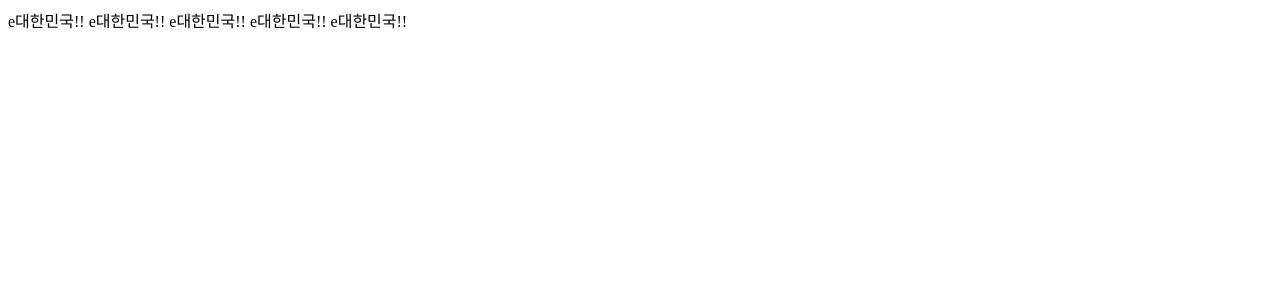
Repository: chanhooop/JSP
Page: http://localhost/JSTL/jstl_08.jsp
The author's editor kept a copy of each file at every save. The page is drawn from the files as they stood at one save, then again after the next save.
The browser window is 1280 px wide. The pictures show the whole page.
The page is served by Tomcat 9.

Above is the page before, as saved 2021-05-10 05:31:00.

After the next save:
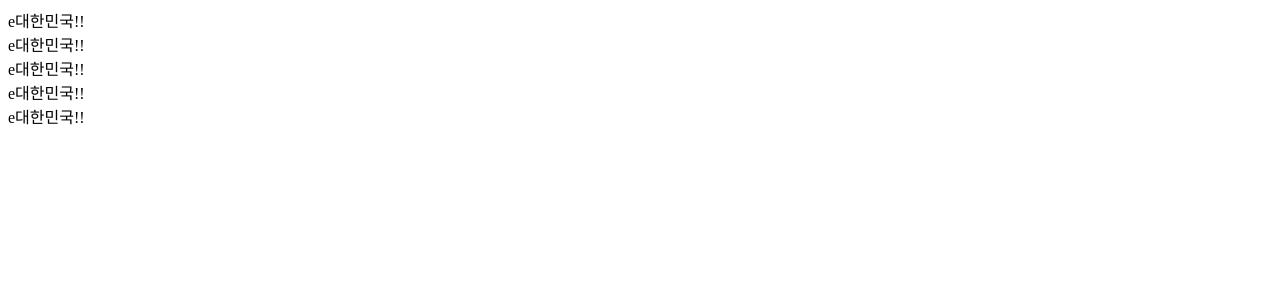
Saved 20 s later.
--- a/JSTL/src/main/webapp/jstl_08.jsp
+++ b/JSTL/src/main/webapp/jstl_08.jsp
@@ -12,7 +12,7 @@
 <!-- for문과 같은원리 -->
 		<c:forEach var="cnt" begin="1" end="5">
 			<font size="$[cnt ]">
-				e대한민국!!
+				e대한민국!!<br>
 			</font>
 		</c:forEach>
 
